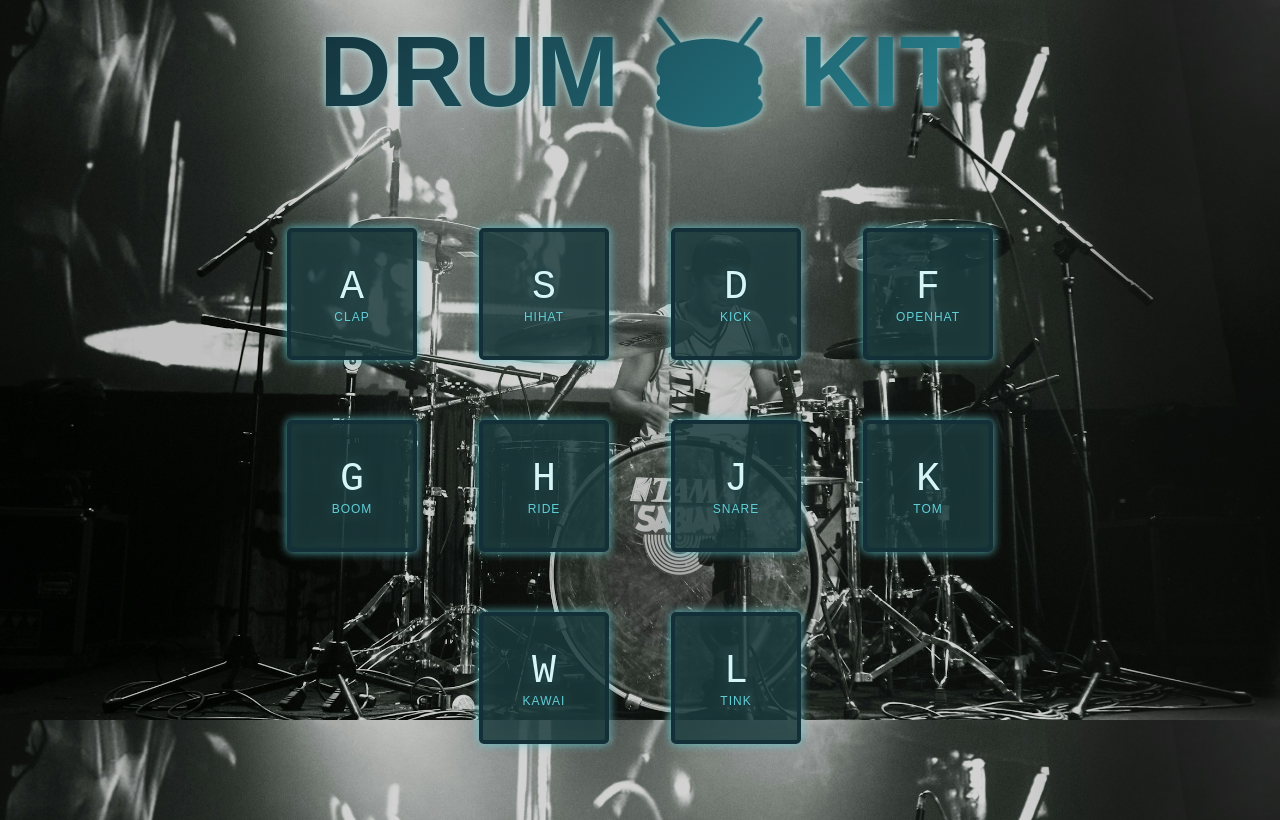
Repository: Freezler/drumkitJS
Page: index.html
An editor plug-in stored every save of this project. The page is shown before and after a run of saves, followed by the edit.
The browser window is 1280 px wide. The pictures show the whole page.
Backgrounds fixed to the window are drawn as part of the page.

Above is the page before, as saved 2024-08-24 10:55:59.
Console error: ReferenceError: key is not defined

After the next 2 saves:
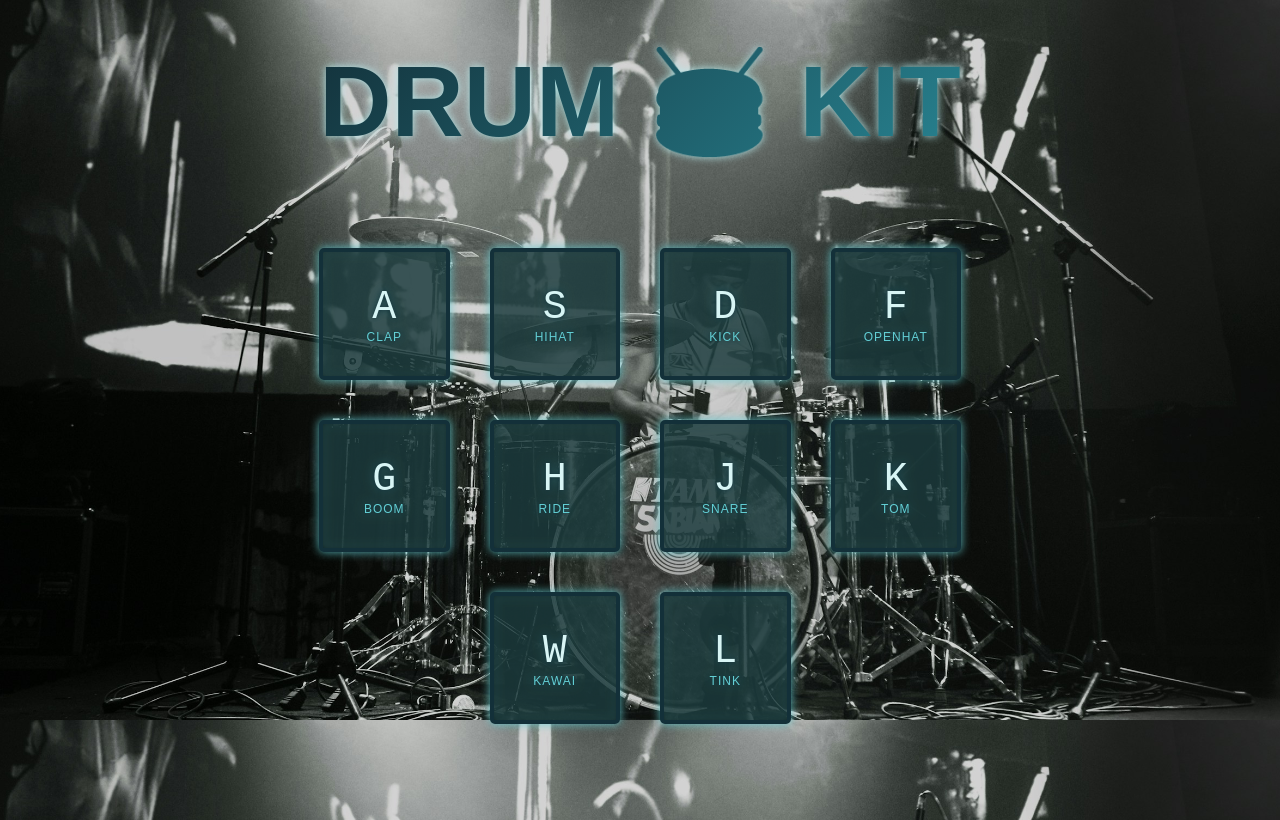
The 2 saves are shown as one change because they came seconds apart.
The last was saved 8 s later.
--- a/style.css
+++ b/style.css
@@ -64,8 +64,8 @@
   grid-row: auto;
   grid-template-columns: repeat(2, 1fr);
   width: fit-content;
-  min-width: 60vw;
-  height:80vh;
+
+
   width: fit-content;
   text-align: center;
   transition: all 0.03s;
